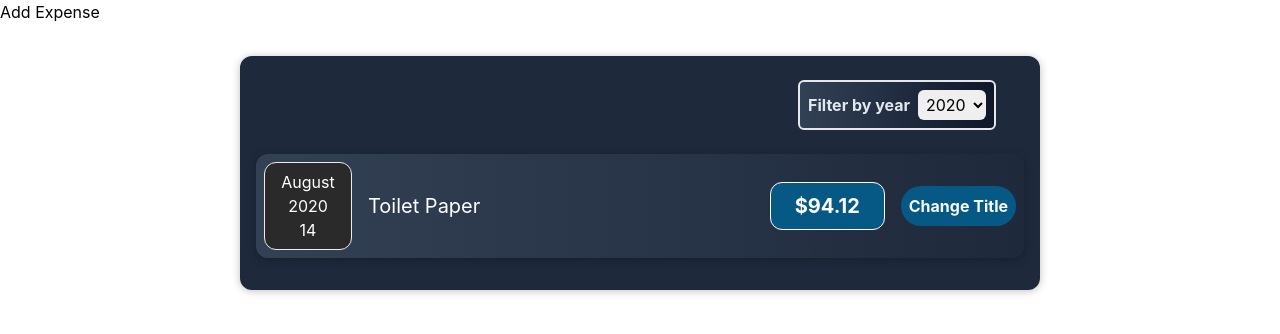
Repository: Sef24/expense-tracker
Page: /
These files come from the project's save history. The page is drawn as it stood at one moment and after the next save; the edit follows.
The browser window is 1280 px wide. The pictures show the whole page.
The project was rebuilt for these pictures with package versions that can differ from the ones it lists, and the page was loaded fresh each time. Also part of the build but not shown: src/components/NewExpense/NewExpense.css, src/components/NewExpense/ExpenseForm.css, src/components/NewExpense/ExpenseForm.js.

Above is the page before, as saved 2022-05-03 16:28:08.

After the next save:
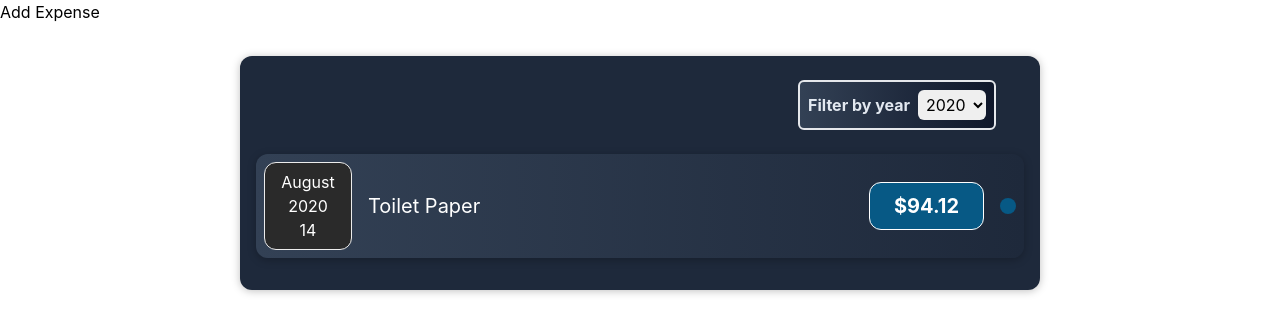
Saved 32 s later.
--- a/src/components/ExpenseItem.js
+++ b/src/components/ExpenseItem.js
@@ -24,9 +24,7 @@ function ExpenseItem(props) {
           className="p-2 ml-4 border-transparent rounded-full border-0
         bg-sky-800 font-bold text-slate-50"
           onClick={clickHandler}
-        >
-          Change Title
-        </button>
+        ></button>
       </div>
     </li>
   );
